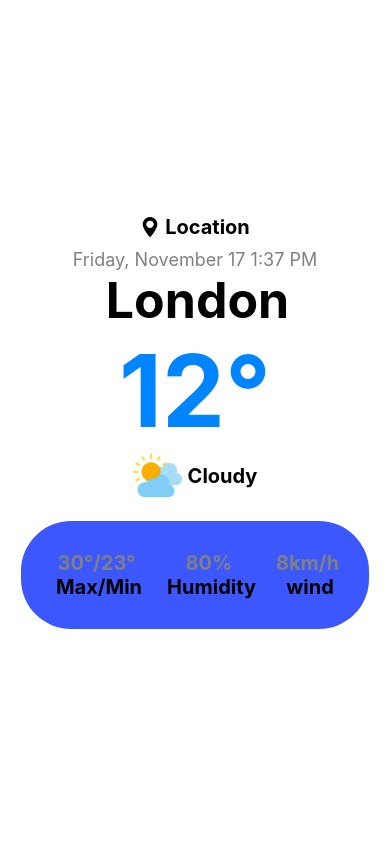
Repository: praveen080/react-native-weatherAppV1
Screen: /
An editor plug-in stored every save of this project. The screen is shown before and after the next save, followed by the edit.
The app was drawn by React Native's web renderer in a window 390 px wide. The project was rebuilt for these pictures with package versions that can differ from the ones it lists, and the page was loaded fresh each time. Also part of the build but not shown: Screens/startUp.js.

Above is the screen before, as saved 2023-11-17 14:23:25.

After the next save:
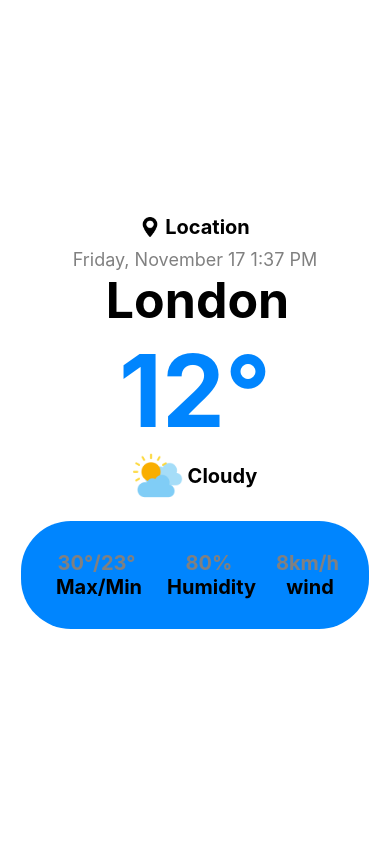
Saved 10 s later.
--- a/Screens/Home.js
+++ b/Screens/Home.js
@@ -132,7 +132,7 @@ export const styles = StyleSheet.create({
   },
   cardFull: {
     borderRadius: 50,
-    backgroundColor: "#3d57ff",
+    backgroundColor: "#0085FE",
     marginTop: 20,
   },
 });
